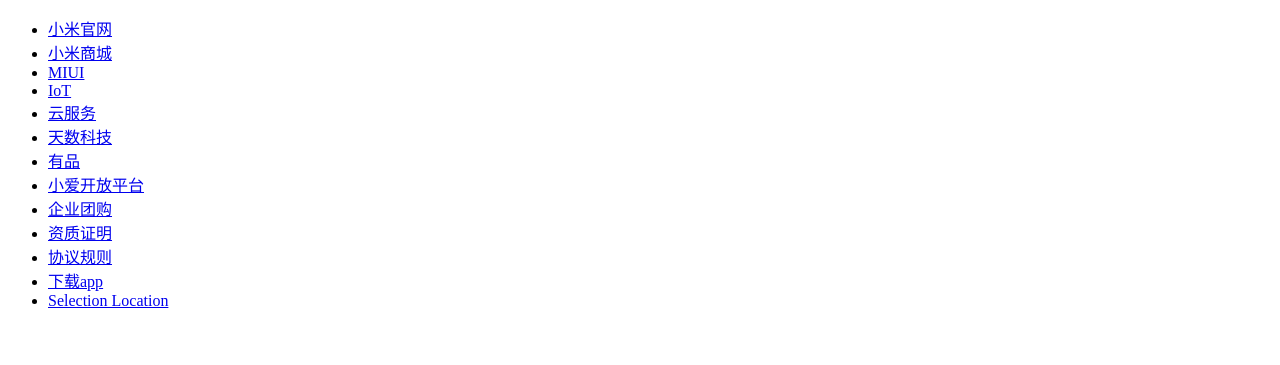
Repository: MonoYan/Mi-Homepage
Page: index.html
These files come from the project's save history. The page is drawn as it stood at one moment and after a run of saves; the edit follows.
The browser window is 1280 px wide. The pictures show the whole page.

Above is the page before, as saved 2022-11-22 16:10:32.

After the next 3 saves:
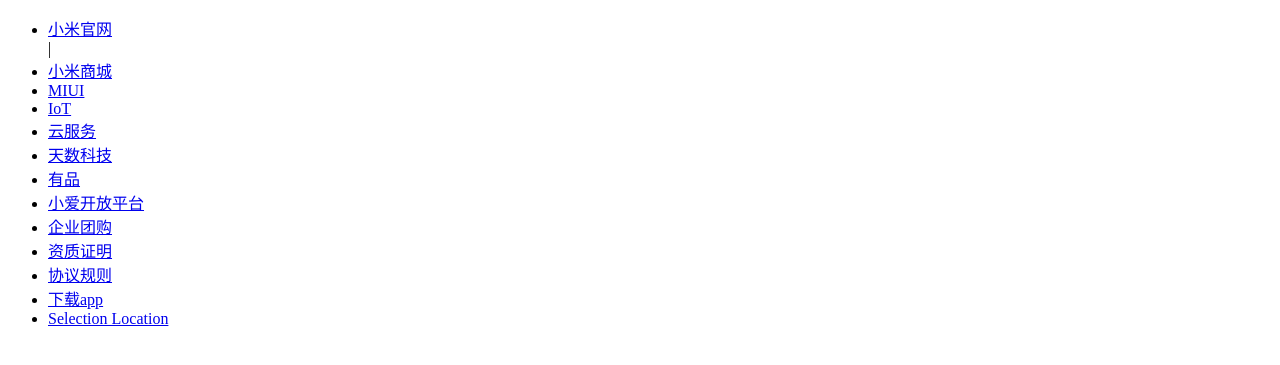
The 3 saves are shown as one change because they came seconds apart.
The last was saved 11 s later.
--- a/index.html
+++ b/index.html
@@ -14,7 +14,7 @@
         <div class="topbar-nav">
             <ul>
                 <li><a href="#">小米官网</a></li>
-                <span></span>
+                <span class="sep">|</span>
                 <li><a href="#">小米商城</a></li>
                 <li><a href="#">MIUI</a></li>
                 <li><a href="#">IoT</a></li>
